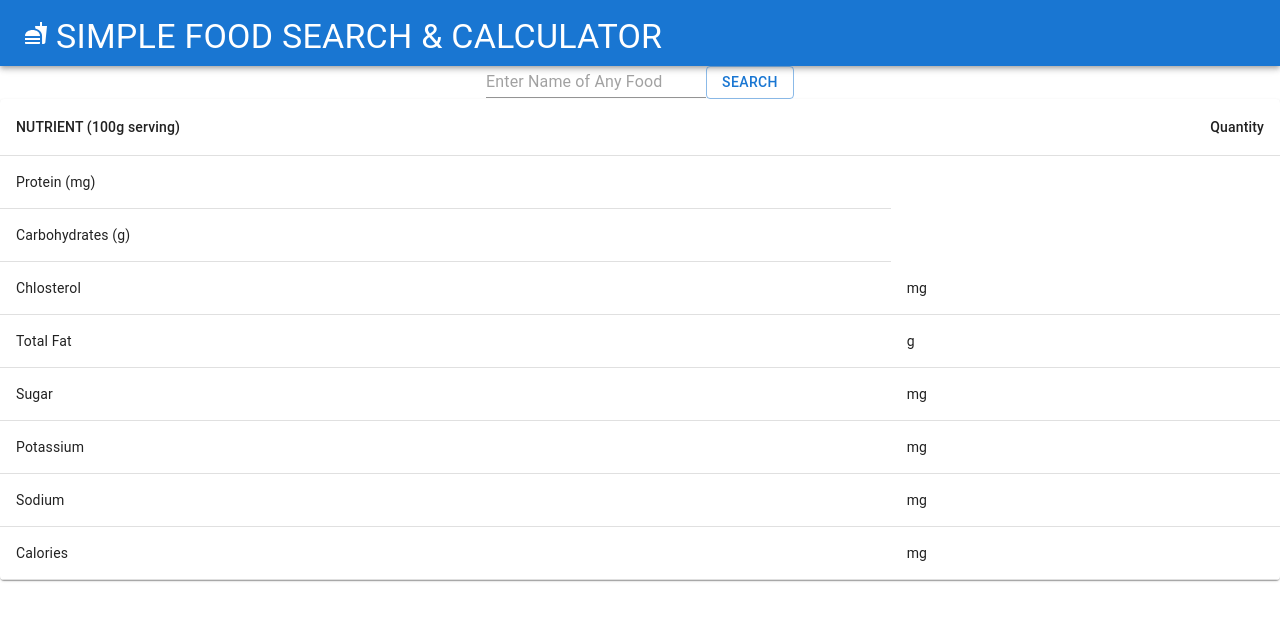
Repository: Mikerr21/Diet-Nutrition-API
Page: /
These files come from the project's save history. The page is drawn as it stood at one moment and after the next save; the edit follows.
The browser window is 1280 px wide. The pictures show the whole page.
The project was rebuilt for these pictures with package versions that can differ from the ones it lists, and the page was loaded fresh each time.

Above is the page before, as saved 2022-09-21 15:44:50.

### src/App.js
import React from "react";
import { useState } from "react";
import axios from "axios";
import AppBar from "@mui/material/AppBar";
import Box from "@mui/material/Box";
import Toolbar from "@mui/material/Toolbar";
import Typography from "@mui/material/Typography";
import IconButton from "@mui/material/IconButton";
import FastfoodIcon from "@mui/icons-material/Fastfood";
import { CssBaseline } from "@mui/material";
import { FastForward } from "@mui/icons-material";
import TextField from "@mui/material/TextField";
import Grid from "@mui/material/Grid";
import Button from "@mui/material/Button";
import { Input } from '@mui/material';
import Table from '@mui/material/Table';
import TableBody from '@mui/material/TableBody';
import TableCell from '@mui/material/TableCell';
import TableContainer from '@mui/material/TableContainer';
import TableHead from '@mui/material/TableHead';
import TableRow from '@mui/material/TableRow';
import Paper from '@mui/material/Paper';




/**
	 *
	 *
	 * Fetch nutrient information of a given food
	 */


function App() {
  const [name, setName] = useState('');
	const [res, setRes] = useState(null);
  const fetchNutrients = async e => {
    e.preventDefault();
    try {
      const res = await axios.get(`/api/nutrient`, {
        params: {
          name
        }
      });
      setRes(res.data.items[0]);
    } catch (err) {
      console.log(err);
    }
  };



  return (
    <div className="App">
      <CssBaseline />
      <AppBar position="static">
        <Toolbar variant="dense" color="black">
          <FastfoodIcon />
          <Box m={1} pt={1}>
            <Typography
              variant="h4"
              color="white"
              align="center"
              component="div"
            >
              SIMPLE FOOD SEARCH & CALCULATOR
            </Typography>
          </Box>
        </Toolbar>
      </AppBar>
      <Box
        display="flex"
        justifyContent="center"
        alignItems="center"
        minHeight="3vh"
      >

        <Input placeholder="Enter Name of Any Food" onChange={e => setName(e.target.value)}></Input>
        <Button
          onClick={fetchNutrients}
          sx={{
            height: 33,
          }}
          variant="outlined"
        >
          Search
        </Button>
      </Box>

    <Box
        display="flex"
        justifyContent="center"
        alignItems="center"
        minHeight="10vh"

      >
        <TableContainer component={Paper}>
      <Table sx={{ minWidth: 650 }} aria-label="simple table">
        <TableHead>
          <TableRow>
            <TableCell>NUTRIENT (100g serving)</TableCell>
            <TableCell align="right">Quantity</TableCell>
          </TableRow>
        </TableHead>
        <TableBody>
        <TableRow>
									<TableCell>
										Protein (mg)
									</TableCell>
								</TableRow>
                <TableRow>
									<TableCell>
										Carbohydrates (g)
									</TableCell>
								</TableRow>
                <TableRow>
									<TableCell>
										Chlosterol
									</TableCell>
									<TableCell>
										 mg
									</TableCell>
								</TableRow>
                <TableRow>
									<TableCell>
										Total Fat
									</TableCell>
									<TableCell>
									 g
									</TableCell>
								</TableRow>
                <TableRow>
									<TableCell>
										Sugar
									</TableCell>
									<TableCell>
										 mg
									</TableCell>
								</TableRow>
                <TableRow>
									<TableCell>
										Potassium
									</TableCell>
									<TableCell>
										 mg
									</TableCell>
								</TableRow>
                <TableRow>
									<TableCell>
										Sodium
									</TableCell>
									<TableCell>
										 mg
									</TableCell>
								</TableRow>
        <TableRow>
									<TableCell>
										Calories
									</TableCell>
									<TableCell>
										 mg
									</TableCell>
								</TableRow>
        </TableBody>
      </Table>
    </TableContainer>
      </Box>
    </div>
  );
}

export default App;

Loaded but not shown: public/index.html (common file); src/index.js (common file)

After the next save:
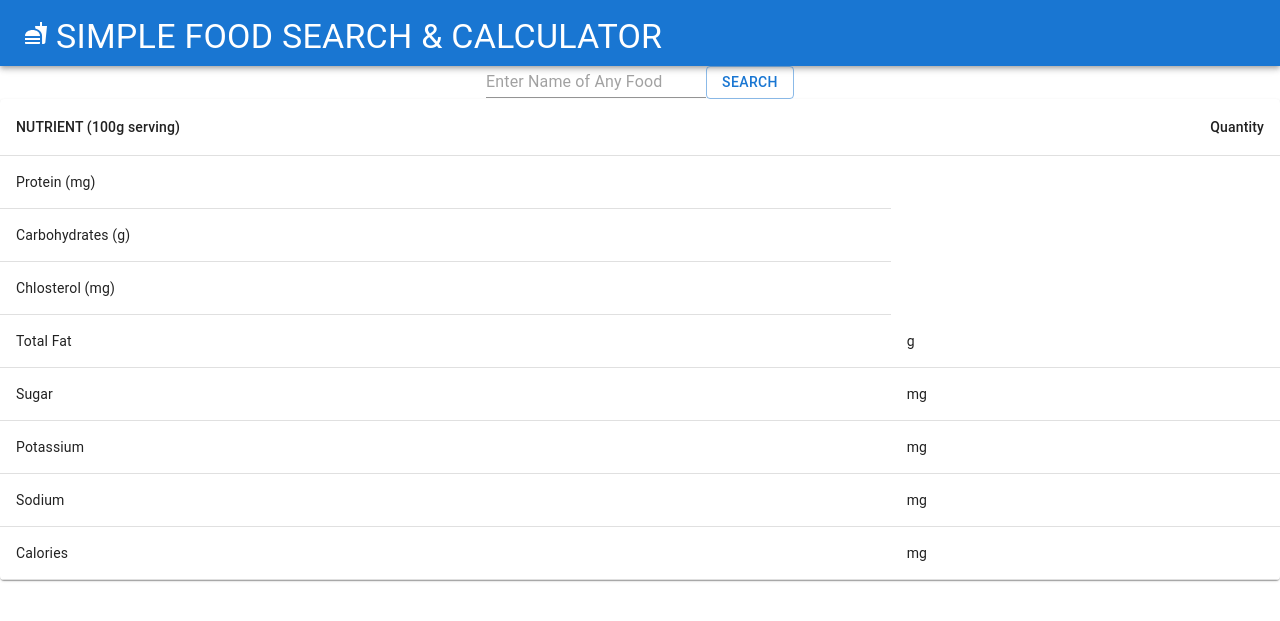
Saved 10 s later.
--- a/src/App.js
+++ b/src/App.js
@@ -115,10 +115,7 @@ function App() {
 								</TableRow>
                 <TableRow>
 									<TableCell>
-										Chlosterol
-									</TableCell>
-									<TableCell>
-										 mg
+										Chlosterol (mg)
 									</TableCell>
 								</TableRow>
                 <TableRow>
